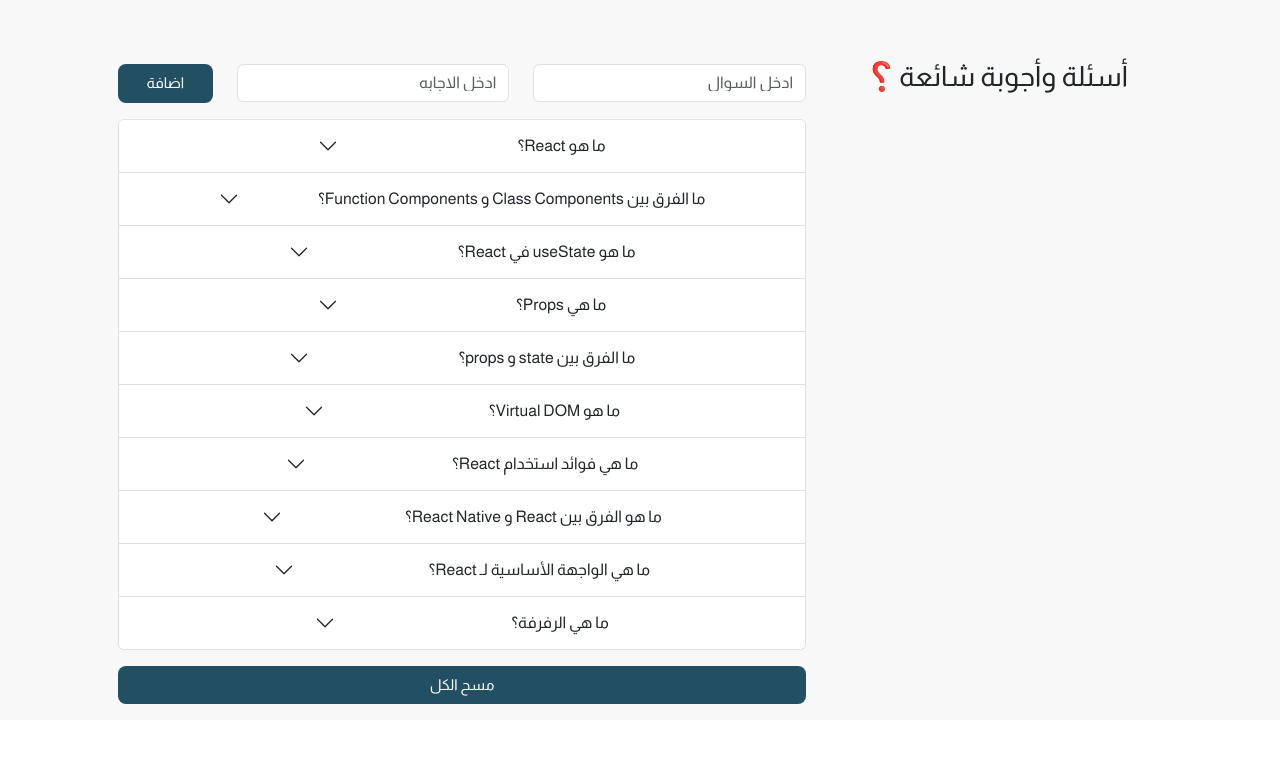
Repository: kerlos-alfy/Questions-And-Answers
Page: /
The author's editor kept a copy of each file at every save. The page is drawn from the files as they stood at one save, then again after the next save.
The browser window is 1280 px wide. The pictures show the whole page.
Some web fonts or font styles are not loaded; a fallback is used. The project was rebuilt for these pictures with package versions that can differ from the ones it lists, and the page was loaded fresh each time. Also part of the build but not shown: vite.config.js, src/App.css.

Above is the page before, as saved 2024-12-19 07:00:15.

After the next save:
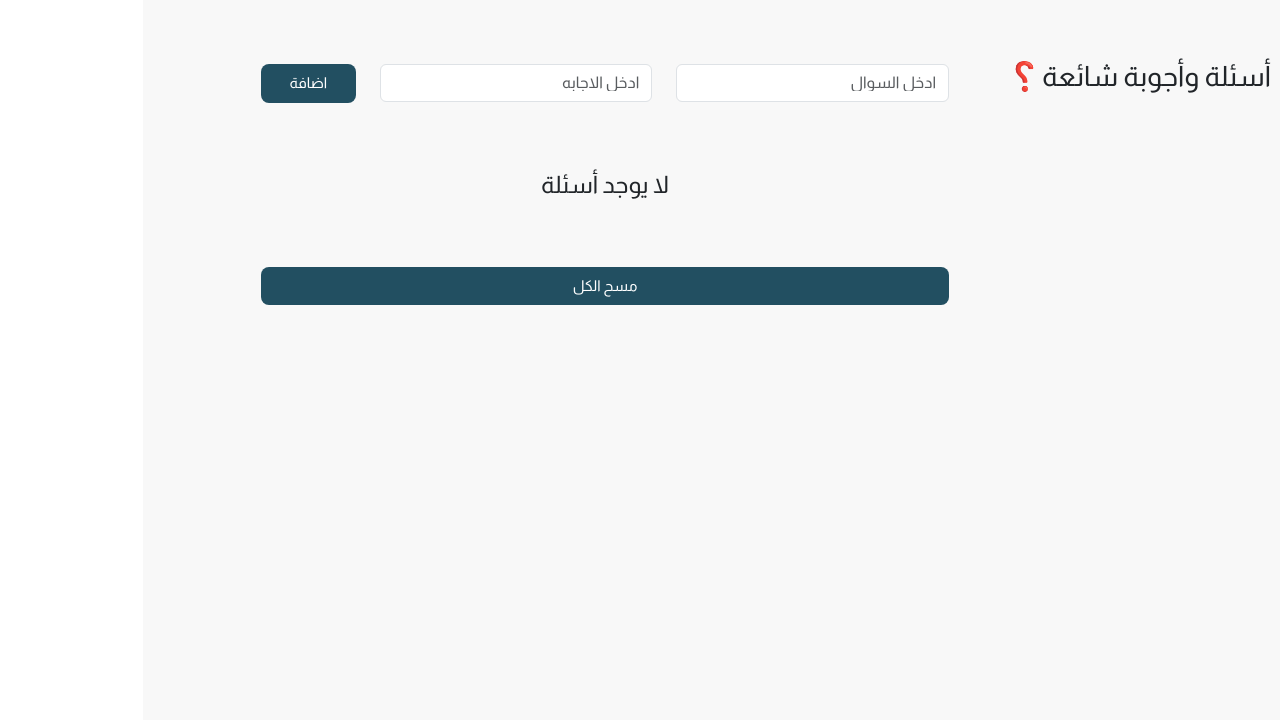
Saved 27 s later.
--- a/src/data.js
+++ b/src/data.js
@@ -1,43 +1 @@
-export const question = [
-	{
-		question: "ما هو React؟",
-		answer: "React مكتبة JavaScript تُستخدم لبناء واجهات المستخدم الديناميكية.",
-	},
-	{
-		question: "ما الفرق بين Class Components و Function Components؟",
-		answer:
-			"Class Components تعتمد على ES6 classes وتُستخدم مع الطرق التقليدية، بينما Function Components تعتمد على دوال JavaScript العادية وتدعم استخدام Hooks.",
-	},
-	{
-		question: "ما هو useState في React؟",
-		answer: "useState هو Hook يُستخدم لإدارة الحالة (state) داخل Function Components.",
-	},
-	{
-		question: "ما هي Props؟",
-		answer: "Props هي خصائص تُمرر إلى المكونات كوسيلة لنقل البيانات من مكون أبوي إلى مكون فرعي.",
-	},
-	{
-		question: "ما الفرق بين state و props؟",
-		answer: "State تُستخدم لإدارة البيانات الداخلية للمكون، بينما props تُستخدم لنقل البيانات بين المكونات.",
-	},
-	{
-		question: "ما هو Virtual DOM؟",
-		answer: "Virtual DOM هو نسخة خفيفة من DOM الفعلي تُستخدم لتحسين الأداء في React.",
-	},
-	{
-		question: "ما هي فوائد استخدام React؟",
-		answer: "سهولة إعادة الاستخدام، الأداء العالي بفضل Virtual DOM، والمجتمع الضخم الداعم.",
-	},
-	{
-		question: "ما هو الفرق بين React و React Native؟",
-		answer: "React تُستخدم لبناء تطبيقات الويب، بينما React Native تُستخدم لبناء تطبيقات الهاتف المحمول.",
-	},
-	{
-		question: "ما هي الواجهة الأساسية لـ React؟",
-		answer: "الواجهة الأساسية لـ React هي JSX، وهي عبارة عن امتداد لـ JavaScript يسمح بكتابة HTML داخل JavaScript.",
-	},
-	{
-		question: "ما هي الرفرفة؟",
-		answer: "الرفرفة (rendering) هي عملية تحديث واجهة المستخدم بناءً على التغيرات في البيانات أو الحالة.",
-	},
-];
+export const question = [];

After the save that followed:
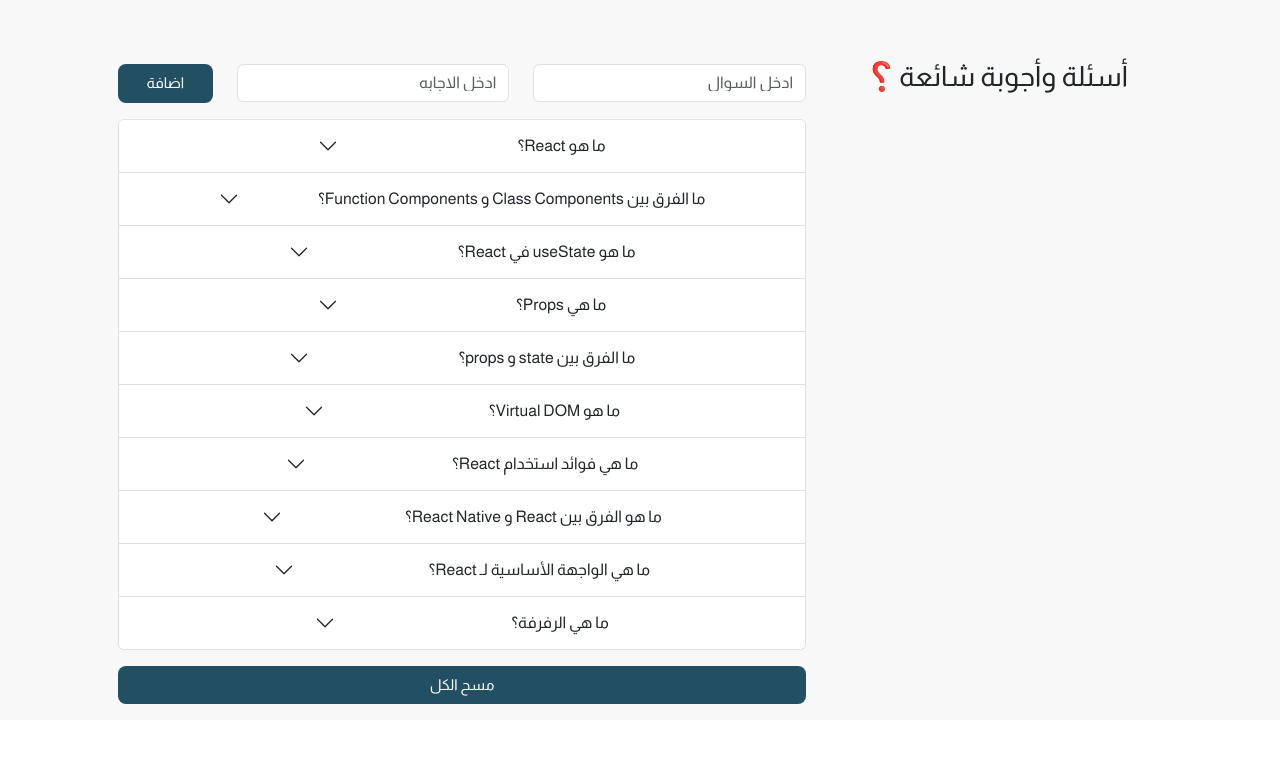
Saved 5 s later.
--- a/src/data.js
+++ b/src/data.js
@@ -1 +1,43 @@
-export const question = [];
+export const question = [
+	{
+		question: "ما هو React؟",
+		answer: "React مكتبة JavaScript تُستخدم لبناء واجهات المستخدم الديناميكية.",
+	},
+	{
+		question: "ما الفرق بين Class Components و Function Components؟",
+		answer:
+			"Class Components تعتمد على ES6 classes وتُستخدم مع الطرق التقليدية، بينما Function Components تعتمد على دوال JavaScript العادية وتدعم استخدام Hooks.",
+	},
+	{
+		question: "ما هو useState في React؟",
+		answer: "useState هو Hook يُستخدم لإدارة الحالة (state) داخل Function Components.",
+	},
+	{
+		question: "ما هي Props؟",
+		answer: "Props هي خصائص تُمرر إلى المكونات كوسيلة لنقل البيانات من مكون أبوي إلى مكون فرعي.",
+	},
+	{
+		question: "ما الفرق بين state و props؟",
+		answer: "State تُستخدم لإدارة البيانات الداخلية للمكون، بينما props تُستخدم لنقل البيانات بين المكونات.",
+	},
+	{
+		question: "ما هو Virtual DOM؟",
+		answer: "Virtual DOM هو نسخة خفيفة من DOM الفعلي تُستخدم لتحسين الأداء في React.",
+	},
+	{
+		question: "ما هي فوائد استخدام React؟",
+		answer: "سهولة إعادة الاستخدام، الأداء العالي بفضل Virtual DOM، والمجتمع الضخم الداعم.",
+	},
+	{
+		question: "ما هو الفرق بين React و React Native؟",
+		answer: "React تُستخدم لبناء تطبيقات الويب، بينما React Native تُستخدم لبناء تطبيقات الهاتف المحمول.",
+	},
+	{
+		question: "ما هي الواجهة الأساسية لـ React؟",
+		answer: "الواجهة الأساسية لـ React هي JSX، وهي عبارة عن امتداد لـ JavaScript يسمح بكتابة HTML داخل JavaScript.",
+	},
+	{
+		question: "ما هي الرفرفة؟",
+		answer: "الرفرفة (rendering) هي عملية تحديث واجهة المستخدم بناءً على التغيرات في البيانات أو الحالة.",
+	},
+];
